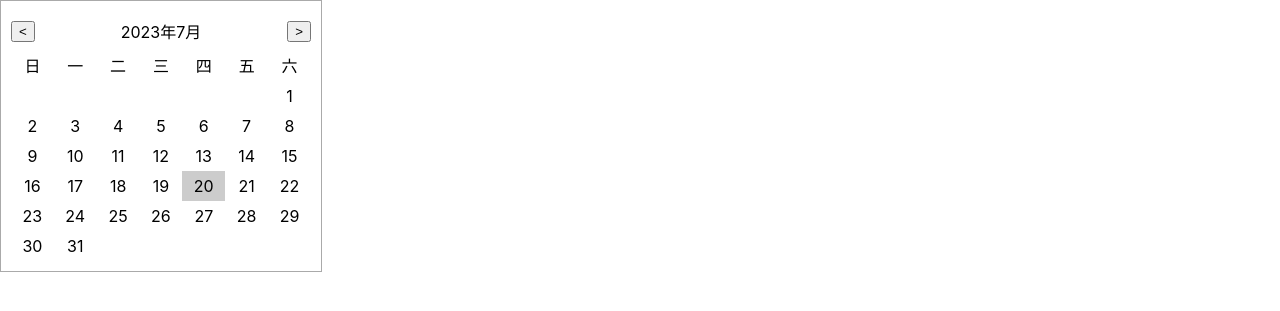
Repository: yychuiyan/calendar
Page: /
An editor plug-in stored every save of this project. The page is shown before and after the next save, followed by the edit.
The browser window is 1280 px wide. The pictures show the whole page.
The project was rebuilt for these pictures with package versions that can differ from the ones it lists, and the page was loaded fresh each time.

Above is the page before, as saved 2023-07-20 14:23:03.

### src/App.tsx
import React from 'react'
import Calendar from './component/Calendar'
const App = () => {
  return (
    <div>
      <Calendar />
    </div>
  )
}

export default App

### src/component/Calendar.tsx
import React, { useState } from 'react'
import './index.css'
import { monthDate } from '../utils/month'
interface CalendarProps {
  value?: Date,
  onChange?: (date: Date) => void
}
const Calendar: React.FC<CalendarProps> = (props) => {
  const { value = new Date(), onChange } = props
  // 保存当前日期
  const [date, setDate] = useState(value)
  // 点击左侧按钮
  const handlePrevMonth = () => {
    setDate(new Date(date.getFullYear(), date.getMonth() - 1, 1))
  };
  // 点击右侧按钮
  const handleNextMonth = () => {
    setDate(new Date(date.getFullYear(), date.getMonth() + 1, 1))
  }
  // 计算当前月有多少天
  const daysOfMonth = (year: number, month: number) => {
    // 当date传入0的时候默认取上个月的最后一天，-1则为上个月倒数第二天，以此类推
    return new Date(year, month + 1, 0).getDate()
  }
  // 计算当前月的第一天是星期几
  const firstDayOfMonth = (year: number, month: number) => {
    return new Date(year, month, 1).getDay();
  }
  // 定义一个函数存储渲染的内容
  const renderDates = () => {
    // 定义一个数组存储恩日哦功能
    const days = []
    // 计算当前月有多少天
    const daysCount = daysOfMonth(date.getFullYear(), date.getMonth())
    // 计算当前月的第一天是星期几
    const firstDay = firstDayOfMonth(date.getFullYear(), date.getMonth())
    // 已经知道从哪里开始渲染，渲染多少天后，进行循环遍历到初始天数在星期几
    for (let i = 0; i < firstDay; i++) {
      days.push(<div key={`empty-${i}`} className="empty"></div>);
    }
    // 渲染日期
    for (let i = 1; i <= daysCount; i++) {
      const clickHandler = onChange?.bind(null, new Date(date.getFullYear(), date.getMonth(), i))
      // 添加选中样式
      if (i === date.getDate()) {
        days.push(<div key={i} className='day selected' onClick={clickHandler}>{i}</div>)
      } else {
        days.push(<div key={i} className='day' onClick={clickHandler}>{i}</div>)
      }
    }
    return days;
  }
  return (
    <div className="calendar">
      <div className="header">
        <button onClick={handlePrevMonth}>&lt;</button>
        <div>{date.getFullYear()}年{monthDate[date.getMonth()]}</div>
        <button onClick={handleNextMonth}>&gt;</button>
      </div>
      <div className="days">
        <div className="day">日</div>
        <div className="day">一</div>
        <div className="day">二</div>
        <div className="day">三</div>
        <div className="day">四</div>
        <div className="day">五</div>
        <div className="day">六</div>
        {renderDates()}
      </div>
    </div>
  )
}

export default Calendar

### src/component/index.css
.calendar {
  border: 1px solid #aaa;
  padding: 10px;
  width: 300px;
  height: 250px;
}

.header {
  display: flex;
  justify-content: space-between;
  align-items: center;
  height: 40px;
}

.days {
  display: flex;
  flex-wrap: wrap;
}

.empty, .day {
  width: calc(100% / 7);
  text-align: center;
  line-height: 30px;
}

.day:hover,.selected {
  background-color: #ccc;
  cursor: pointer;
}

### src/utils/month.js
export const monthDate = [
  '1月',
  '2月',
  '3月',
  '4月',
  '5月',
  '6月',
  '7月',
  '8月',
  '9月',
  '10月',
  '11月',
  '12月',
]

Loaded but not shown: public/index.html (common file); src/index.tsx (common file); src/index.css (common file); src/reportWebVitals.ts (common file)

After the next save:
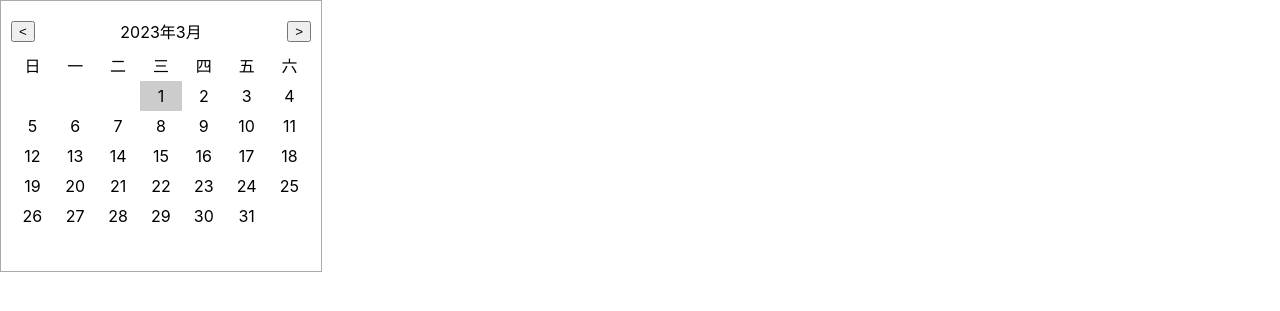
Saved 28 s later.
--- a/src/App.tsx
+++ b/src/App.tsx
@@ -3,7 +3,9 @@ import Calendar from './component/Calendar'
 const App = () => {
   return (
     <div>
-      <Calendar />
+      <Calendar value={new Date('2023-3-1')} onChange={(date: Date) => {
+        alert(date.toLocaleDateString())
+      }}></Calendar>
     </div>
   )
 }
